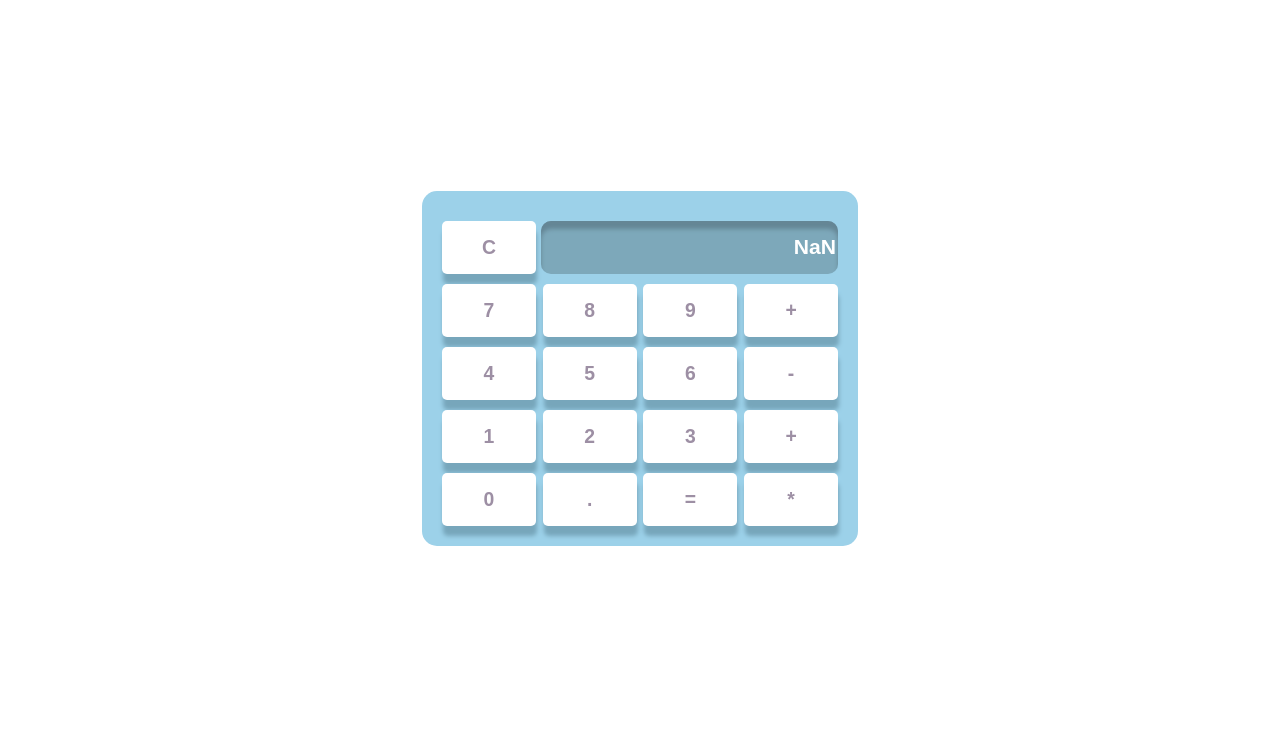
Repository: sem1103/calculator
Page: index.html
These files come from the project's save history. The page is drawn as it stood at one moment and after the next save; the edit follows.
The browser window is 1280 px wide. The pictures show the whole page.
Empty fields were first filled with sample values (such as "Sample", 5 or name@example.com).
After loading, the first visible `button[onclick="calcSumm()"]` was clicked once.

Above is the page before, as saved 2023-11-02 07:44:09.

### index.html
<!DOCTYPE html>
<html lang="en">

<head>
    <meta charset="UTF-8">
    <meta name="viewport" content="width=device-width, initial-scale=1.0">
    <title>Calc</title>
    <style>
        * {
            box-sizing: border-box;
            font: bold 1.1rem arial;
        }

        .calc__container {
            display: flex;
            justify-content: center;
            height: 100vh;
            align-items: center;
        }

        .calc__wrapper {
            max-width: 900px;
            background-color: #9cd1e9;
            padding: 20px;
            border-radius: 15px;
        }

        .calc__display {
            box-shadow: inset 0px 8px 4px 0px #658695;
            background-color: #7da8ba;
            flex: 1;
            border-radius: 10px;
            border: 0;
            outline: 0;
            text-align: right;
            font-size: 1.2rem;
            color: #fff;
        }

        .calc__main,
        .calc__header {
            display: flex;
            flex-direction: row;
            flex-wrap: wrap;
            justify-content: space-between;
            row-gap: 10px;
            column-gap: 5px;

        }

        .calc__header {
            margin: 10px 0;
        }

        button {
            padding: 15px 5px;
            text-align: center;
            background-color: #fff;
            box-shadow: 1px 10px 4px #77a6bb;
            flex-basis: calc(25% - 5px);
            border: 0;
            border-radius: 5px;
            cursor: pointer;
            color: #9d8fa4;
            transition: all .1s ease-in-out;
        }
        button:active{
            box-shadow: 1px 0 4px #77a6bb;
            transform: translate(0,3px);
        }

    </style>
</head>

<body>
    <div class="calc__container">
        <div class="calc__wrapper">
            <div class="calc__header">
                <button onclick="clearDisplay()">C</button>
                <input id="display" class="calc__display" type="text" placeholder="0">

                </input>
            </div>
            <div class="calc__main">
                <button onclick="setValueHandle(this)" >7</button>
                <button onclick="setValueHandle(this)">8</button>
                <button onclick="setValueHandle(this)">9</button>
                <button onclick="setValueHandle(this)">+</button>
                <button onclick="setValueHandle(this)">4</button>
                <button onclick="setValueHandle(this)">5</button>
                <button onclick="setValueHandle(this)">6</button>
                <button onclick="setValueHandle(this)">-</button>
                <button onclick="setValueHandle(this)">1</button>
                <button onclick="setValueHandle(this)">2</button>
                <button onclick="setValueHandle(this)">3</button>
                <button onclick="setValueHandle(this)">+</button>
                <button onclick="setValueHandle(this)">0</button>
                <button onclick="setValueHandle(this)">.</button>
                <button onclick="calcSumm()">=</button>
                <button onclick="setValueHandle(this)">*</button>
            </div>
        </div>
    </div>


    <script>
        let calcDisplay = document.getElementById('display');


        function setValueHandle(e){
            if(isNaN(calcDisplay.value)){
                calcDisplay.value = '';
                return;
            }
            calcDisplay.value += e.innerHTML;
        }

        function clearDisplay(){
            calcDisplay.value = '';
        }

        function calcSumm() {
            let value = calcDisplay.value;
            if(!value.trim()){
                calcDisplay.value = 'Недействительная операция!';
                return;
            }

            value = value.replace(/\s/g, '');
            let operators = value.split('').filter(item => {
                if(item == '+' || item == '-' || item == '*' || item == '/') return item;
            })
            let numbers = value.split(/[+\-*/]/).map(Number);

            let result = numbers[0];

            operators.forEach((item, index) => {
                if(item == '+'){
                    result += numbers[index + 1]
                }else if(item == '-'){
                    result -= numbers[index + 1]
                }else if(item == '/'){
                    result /= numbers[index + 1]
                    if(numbers[index + 1] == 0) calcDisplay.value = 'На ноль делить нельзя!!'
                } else result *= numbers[index + 1]
            });

        calcDisplay.value = result;

        }


    </script>
</body>

</html>

After the next save:
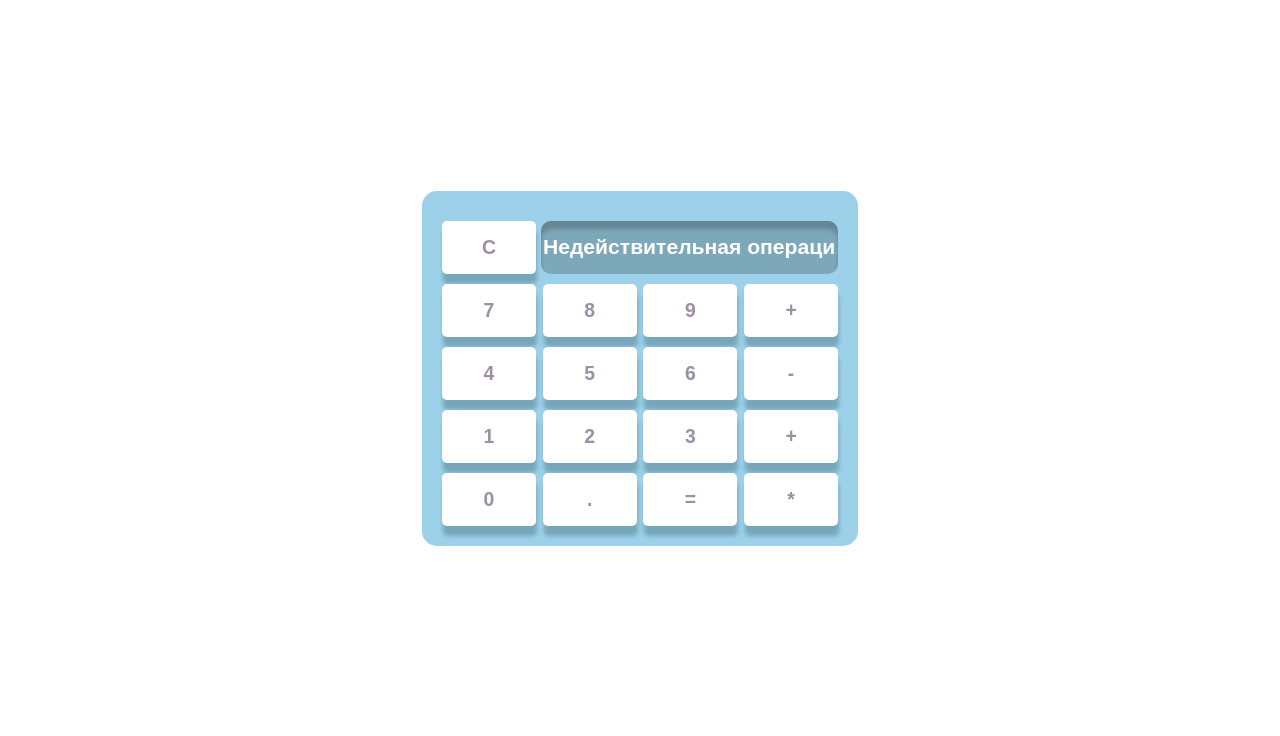
Saved 54 s later.
--- a/index.html
+++ b/index.html
@@ -121,10 +121,7 @@
 
         function calcSumm() {
             let value = calcDisplay.value;
-            if(!value.trim()){
-                calcDisplay.value = 'Недействительная операция!';
-                return;
-            }
+
 
             value = value.replace(/\s/g, '');
             let operators = value.split('').filter(item => {
@@ -133,6 +130,11 @@
             let numbers = value.split(/[+\-*/]/).map(Number);
 
             let result = numbers[0];
+
+            if(!value.trim()|| !operators.length){
+                calcDisplay.value = 'Недействительная операция!';
+                return;
+            }
 
             operators.forEach((item, index) => {
                 if(item == '+'){
